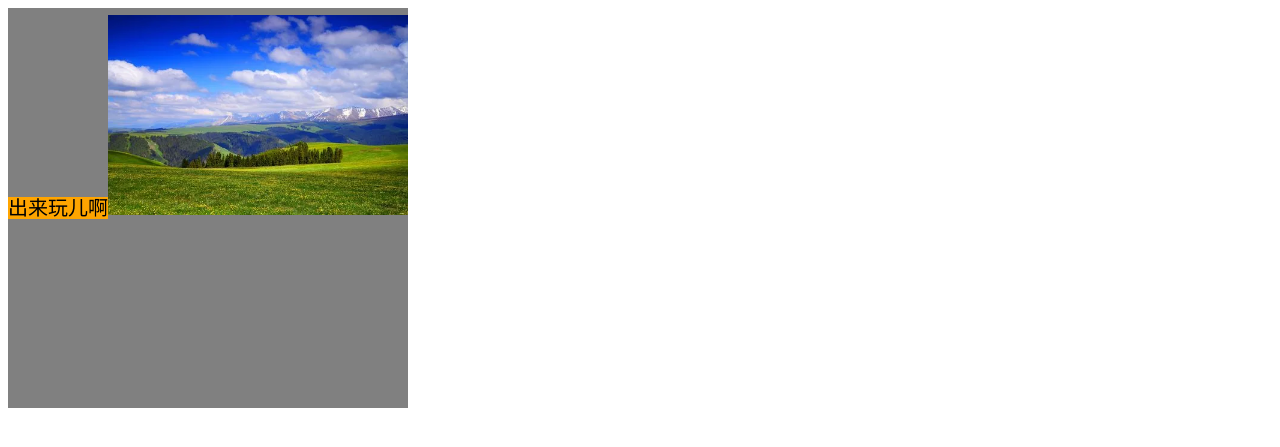
Repository: 123648923/html5-css3
Page: css/15 盒子模型/16 布局小技巧_03.html
These files come from the project's save history. The page is drawn as it stood at one moment and after the next save; the edit follows.
The browser window is 1280 px wide. The pictures show the whole page.

Above is the page before, as saved 2023-11-07 14:28:11.

### css/15 盒子模型/16 布局小技巧_03.html
<!DOCTYPE html>
<html lang="zh-CN">

<head>
    <meta charset="UTF-8">
    <title>布局小技巧_03</title>
    <style>
        .outer {
            width: 400px;
            height: 400px;
            background-color: gray;
            text-align: center;
            line-height: 400px;
            font-size: 20px;
        }

        .inner {
            background-color: orange;
        }

        img {
           width: 300px;
        }
    </style>
</head>

<body>
    <div class="outer">
        <span class="inner">出来玩儿啊</span><img src="../../fj.webp" alt="">
    </div>
</body>

</html>

After the next save:
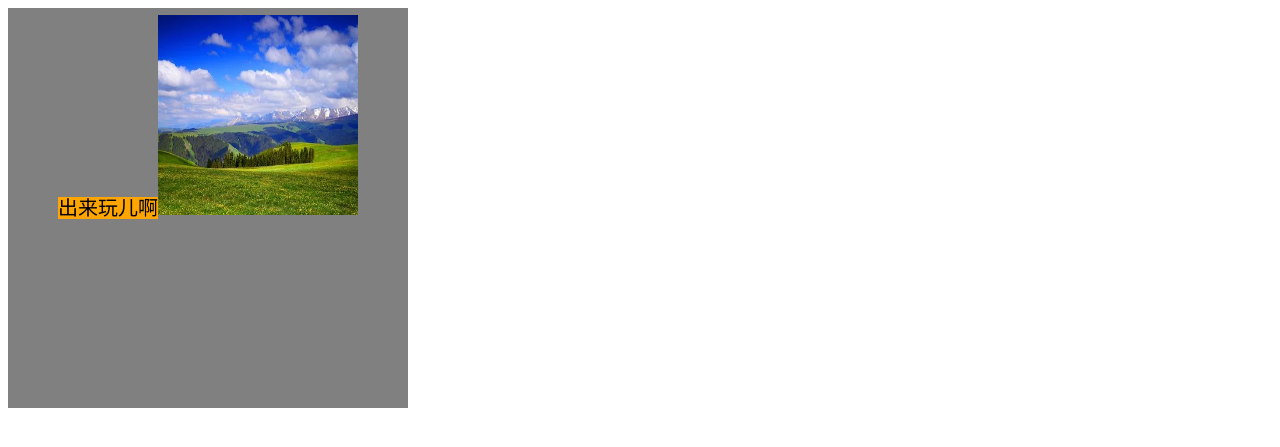
Saved 28 s later.
--- a/css/15 盒子模型/16 布局小技巧_03.html
+++ b/css/15 盒子模型/16 布局小技巧_03.html
@@ -19,7 +19,8 @@
         }
 
         img {
-           width: 300px;
+           width: 200px;
+           height: 200px;
         }
     </style>
 </head>
